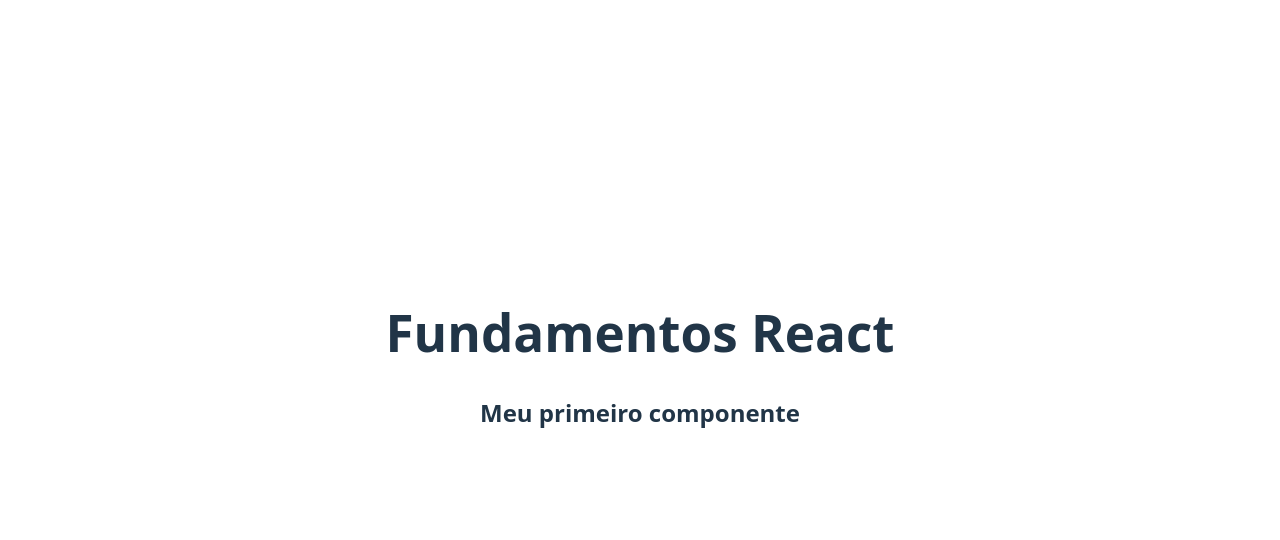
Repository: bellincanta/ReactNative
Page: / (app in Projetos/aulaReact/)
An editor plug-in stored every save of this project. The page is shown before and after a run of saves, followed by the edit.
The browser window is 1280 px wide. The pictures show the whole page.
The project was rebuilt for these pictures with package versions that can differ from the ones it lists, and the page was loaded fresh each time. Also part of the build but not shown: Projetos/aulaReact/vite.config.ts.

Above is the page before, as saved 2025-06-05 17:44:26.

After the next 2 saves:
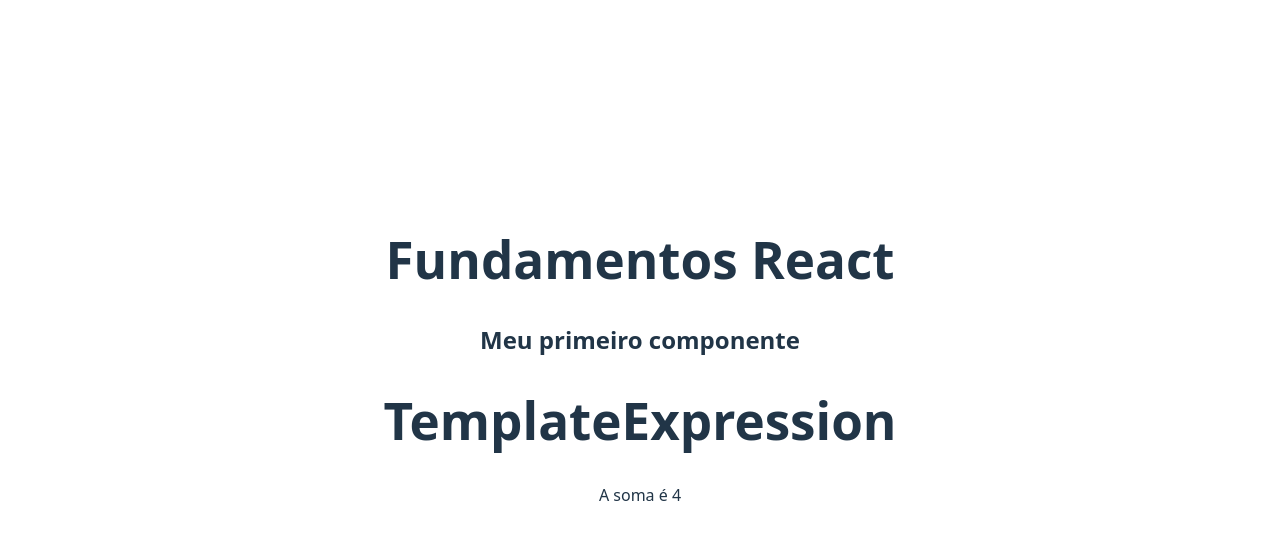
The 2 saves are shown as one change because 1 did not build or start.
The last was saved 2 min 43 s later.
--- a/Projetos/aulaReact/src/App.tsx
+++ b/Projetos/aulaReact/src/App.tsx
@@ -1,5 +1,6 @@
 //importação de componentes
 import PrimeiroComponente from './components/PrimeiroComponente'
+import TemplateExpression from './components/TemplateExpression'
 import './App.css'
 
 function App() {
@@ -10,6 +11,7 @@ function App() {
         {/*comentário JSX */}
        <h1>Fundamentos React</h1>
        <PrimeiroComponente/>
+       <TemplateExpression/>
       </div>
     </>
   )
